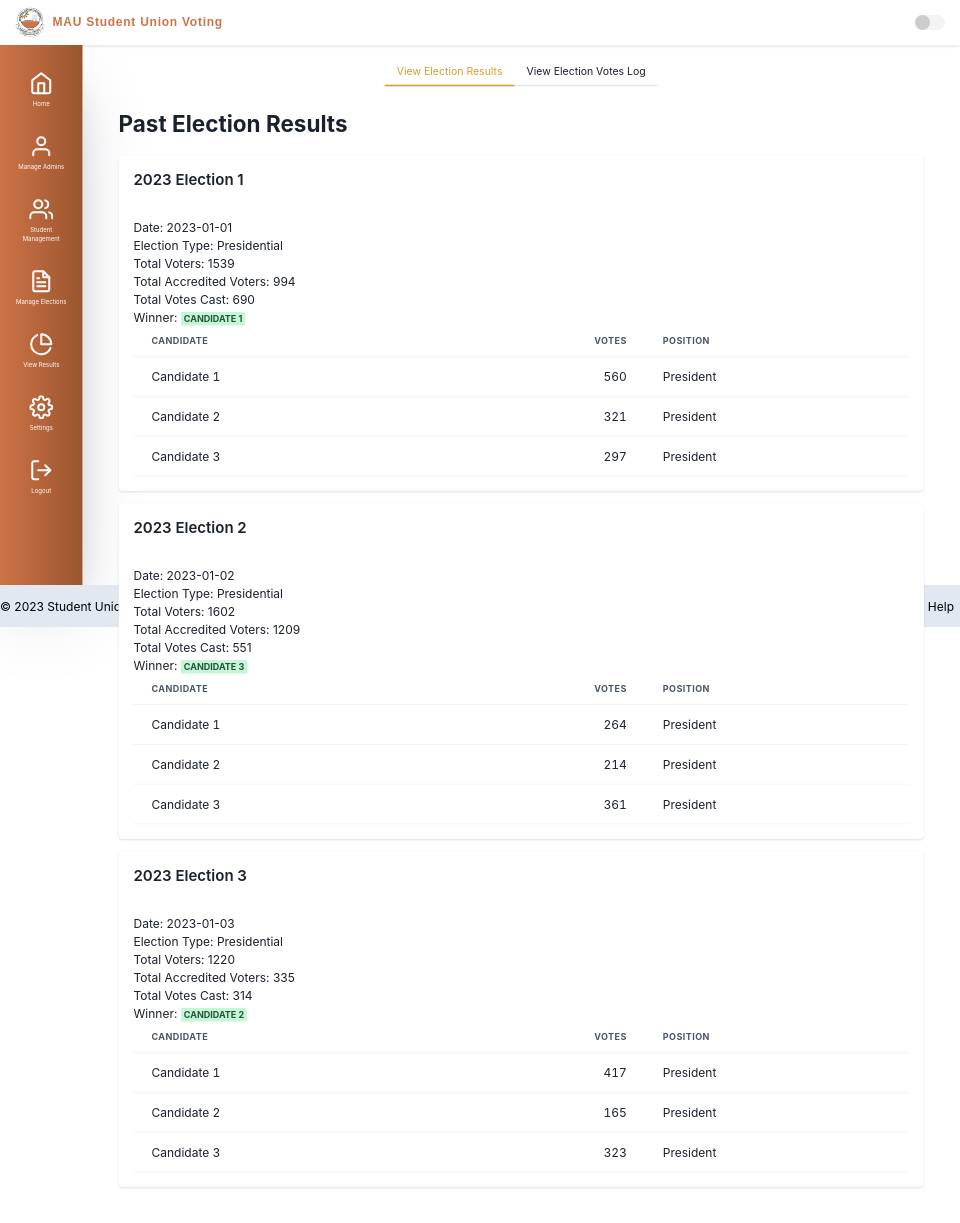
Repository: joena1o/e-vote
Page: /admin-dashboard/view-results
An editor plug-in stored every save of this project. The page is shown before and after the next save, followed by the edit.
The browser window is 1280 px wide. The pictures show the whole page, at 75% of full size.
The project was rebuilt for these pictures with package versions that can differ from the ones it lists, and the page was loaded fresh each time. Also part of the build but not shown: src/components/EnhancedLogin.js, src/components/maincontent/RegisterStudents/ManageStudents.js, src/components/maincontent/RegisterStudents/RegisterStudents.js, src/components/maincontent/RegisterStudents/StudentManagement.js, src/components/maincontent/ElectionResults/report.js, src/components/maincontent/Settings/Settings.js, src/api/index.js, src/components/maincontent/home/Home.styles.js and 21 more.

Above is the page before, as saved 2023-11-24 22:49:51.

### src/index.js
import React from 'react';
import ReactDOM from 'react-dom/client';
import './index.css';
import App from './App';
import reportWebVitals from './reportWebVitals';
import Modal from 'react-modal';

// Set the app element for the modal for accessibility purposes
Modal.setAppElement('#root');

const root = ReactDOM.createRoot(document.getElementById('root'));
root.render(
  <React.StrictMode>
    <App />
  </React.StrictMode>
);

// If you want to start measuring performance in your app, pass a function
// to log results (for example: reportWebVitals(console.log))
// or send to an analytics endpoint. Learn more: https://bit.ly/CRA-vitals
reportWebVitals();

### src/App.js
import React from 'react';
import { BrowserRouter as Router, Routes, Route, Navigate } from 'react-router-dom';
import EnhancedLogin from './components/EnhancedLogin';
import AdminDashboard from './components/AdminDashboard';
import StudentDashboard from './components/StudentDashboard';
import { ChakraProvider, ColorModeProvider, Button, useColorMode } from '@chakra-ui/react';
import { Provider } from 'react-redux';
import store from './Redux/store';
import ElectionCommitteeDashboard from './components/maincontent/ElectionCommitteeDashboard';


// Component to toggle dark mode
function DarkModeToggle() {
  const { colorMode, toggleColorMode } = useColorMode();
  return (
    <Button onClick={toggleColorMode} position="fixed" m={4} zIndex={10}>
      Toggle {colorMode === 'light' ? 'Dark' : 'Light'}
    </Button>
  );
}

function App() {
  // Check if the current route is not the "/login" route, then render the DarkModeToggle
  // const isLoginPage = window.location.pathname === '/login';

  return (
    <Provider store={store}>
      <ChakraProvider>
        <ColorModeProvider options={{ useSystemColorMode: true }}>
          <Router>
            <Routes>
              {/* Define your routes */}
              <Route path="/login" element={<EnhancedLogin />} />
              <Route path="/admin-dashboard/*" element={<AdminDashboard />} />
              <Route path="/ElectionCommittee-dashboard/*" element={<ElectionCommitteeDashboard />} />
              <Route path='/student-dashboard/*' element={<StudentDashboard />} />
              {/* Redirect root to /admin-dashboard */}
              <Route path="/" element={<Navigate to="/admin-dashboard" replace />} />
            </Routes>
          </Router>
          {/* Render DarkModeToggle only if not on the "/login" page */}
          {/* {!isLoginPage && <DarkModeToggle />} */}
        </ColorModeProvider>
      </ChakraProvider>
    </Provider>
  );
}

export default App;

### src/components/AdminDashboard.js
// AdminDashboard.js
import React from 'react';
import { Routes, Route } from 'react-router-dom';
import StudentManagement from './maincontent/RegisterStudents/StudentManagement';
import ViewResults from './maincontent/ElectionResults/ViewElectionResults';
import Settings from './maincontent/Settings/Settings';
import Home from './maincontent/home/Home';
import ManageAdmin from './maincontent/ManageAdmins/ManageAdmins';
import ManageElections from './maincontent/ManageElections/ManageElections';
import Sidebar from './Sidebar';
import Navbar from './Navbar';
import Footer from './Footer';// Import the Footer component
import styled from 'styled-components';

const Container = styled.div`
  display: flex;
  flex-direction: column;
  height: 100vh;
  width: 100%;
`;

const Content = styled.div`
  display: flex;
  flex: 1;
`;

const AdminDashboard = () => {
  return (
    <Container>
      <Navbar />
      <Content>
        <Sidebar />
        <Routes>
          <Route index element={<Home />} />
          <Route path="student-management" element={<StudentManagement />} />
          <Route path="view-results" element={<ViewResults />} />
          <Route path="settings" element={<Settings />} />
          <Route path="manage-admin" element={<ManageAdmin />} />
          <Route path="manage-elections" element={<ManageElections />} />
        </Routes>
      </Content>
      <Footer />
    </Container>
  );
};

export default AdminDashboard;

### src/Redux/store.js
import { configureStore } from '@reduxjs/toolkit';
import electionReducer from './electionSlice';
import studentsReducer from './studentsSlice';
import candidatesReducer from './CandidateSlice'; // Import the candidates reducer

const store = configureStore({
  reducer: {
    elections: electionReducer,
    students: studentsReducer,
    candidates: candidatesReducer, // Add the candidates reducer here
  },
});

export default store;

### src/components/maincontent/ElectionResults/ViewElectionResults.js
import React, { useState } from 'react';
import { Tabs, TabList, TabPanels, Tab, TabPanel, Box, Flex, Heading } from '@chakra-ui/react';
import ViewResults from './ViewResults';
import ElectionVotesLog from './report';

const ElectionDashboard = () => {
  const [activeTab, setActiveTab] = useState(0);

  const handleTabChange = (index) => {
    setActiveTab(index);
  };

  return (
    <Flex direction="column" align="center" w="100vw" h="100vh" p={4}>
      <Box w="100%" h="100%" maxW="full">
        <Tabs index={activeTab} onChange={handleTabChange} isLazy>
          <Flex justifyContent="center" w="100%">
            <TabList display="inline-flex">
              <Tab fontSize="sm" px={4} py={2} _selected={{ borderBottom: '2px solid', borderColor: 'yellow.500', color: 'yellow.500' }}>
                View Election Results
              </Tab>
              <Tab fontSize="sm" px={4} py={2} _selected={{ borderBottom: '2px solid', borderColor: 'yellow.500', color: 'yellow.500' }}>
                View Election Votes Log
              </Tab>
            </TabList>
          </Flex>
          <TabPanels>
            <TabPanel>
              <ViewResults />
            </TabPanel>
            <TabPanel>
              <ElectionVotesLog />
            </TabPanel>
          </TabPanels>
        </Tabs>
      </Box>
    </Flex>
  );
};

export default ElectionDashboard;

### src/components/Sidebar.js
import React from 'react';
import styled from 'styled-components';
import { Link } from 'react-router-dom';
import { FiHome, FiUser, FiUsers, FiFileText, FiSettings, FiLogOut, FiPieChart } from 'react-icons/fi';
import { useColorMode } from '@chakra-ui/react';

const SidebarContainer = styled.nav`
  background: ${props => (props.theme === 'dark' ? '#333' : 'linear-gradient(to right, #ce7348, #9a552e)')};
  padding: 15px;
  height: 100vh;
  color: #fff;
  box-shadow: rgba(50, 50, 93, 0.25) 0px 50px 100px -20px, rgba(0, 0, 0, 0.3) 0px 30px 60px -30px;
  display: flex;
  flex-direction: column;
`;

const LinkList = styled.ul`
  list-style-type: none;
  padding: 0;
  flex: 1;
`;

const StyledLink = styled(Link)`
  text-decoration: none;
  color: #fff;
  display: flex;
  flex-direction: column;
  align-items: center;
  transition: color 0.3s ease;
  margin-bottom: 15px;
  cursor: pointer;
  font-size: 0.5rem;

  &:hover {
    color: #fce364;
  }

  width: 80px;
  text-align: center;
  word-wrap: break-word;
  overflow-wrap: break-word;

  @media (max-width: 768px) {
    font-size: 0.4rem;
  }

  @media (max-width: 480px) {
    font-size: 0.3rem;
  }
`;

const LinkItem = styled.li`
  display: flex;
  align-items: center;
  margin-top: 20px;
`;

const Icon = styled.div`
  font-size: 2rem;
  color: #fff;

  @media (max-width: 768px) {
    font-size: 0.9rem;
  }

  @media (max-width: 480px) {
    font-size: 0.8rem;
  }

  margin-bottom: 5px;

  ${StyledLink}:hover & {
    color: #fce364;  // Change icon color when the link is hovered
  }
`;

function Sidebar() {
  const { colorMode } = useColorMode();

  return (
    <SidebarContainer theme={colorMode}>
      <LinkList>
        <LinkItem>
          <StyledLink to="/admin-dashboard">
            <Icon><FiHome /></Icon>
            Home
          </StyledLink>
        </LinkItem>
        <LinkItem>
          <StyledLink to="/admin-dashboard/manage-admin">
            <Icon><FiUser /></Icon>
            Manage Admins
          </StyledLink>
        </LinkItem>
        <LinkItem>
          <StyledLink to="/admin-dashboard/student-management">
            <Icon><FiUsers /></Icon>
            Student Management
          </StyledLink>
        </LinkItem>
        <LinkItem>
          <StyledLink to="/admin-dashboard/manage-elections">
            <Icon><FiFileText /></Icon>
            Manage Elections
          </StyledLink>
        </LinkItem>
        <LinkItem>
          <StyledLink to="/admin-dashboard/view-results">
            <Icon><FiPieChart /></Icon>
            View Results
          </StyledLink>
        </LinkItem>
        <LinkItem>
          <StyledLink to="/admin-dashboard/settings">
            <Icon><FiSettings /></Icon>
            Settings
          </StyledLink>
        </LinkItem>
        <LinkItem>
          <StyledLink to="/logout">
            <Icon><FiLogOut /></Icon>
            Logout
          </StyledLink>
        </LinkItem>
      </LinkList>
    </SidebarContainer>
  );
}

export default Sidebar;

### src/components/Navbar.js
import React from 'react';
import styled, { createGlobalStyle } from 'styled-components';
import logo from '../assets/school_logo.jpg';
import { useColorMode } from '@chakra-ui/react';

const GlobalStyle = createGlobalStyle`
  body {
    background-color: ${props => (props.theme === 'dark' ? '#333' : '#fff')};
    color: ${props => (props.theme === 'dark' ? '#fff' : '#000')}; // Set other component texts to black in light mode
  }
`;

const Header = styled.header`
  background: ${props => (props.theme === 'dark' ? '#333' : '#fff')};
  color: ${props => (props.theme === 'dark' ? '#fff' : '#ce7348')}; // Set navbar text to brown in light mode
  padding: 10px 20px;
  display: flex;
  align-items: center;
  justify-content: flex-start;
  box-shadow: 0px 2px 4px rgba(0, 0, 0, 0.1);
  font-family: 'Poppins', sans-serif;
`;


const Logo = styled.img`
  width: 40px;
  height: 40px;
  border-radius: 20px;
  margin-right: 10px;
`;

const Title = styled.h1`
  margin: 0;
  padding: 0;
  font-size: 1rem;
  font-weight: 600;
  letter-spacing: 1px;
`;

const ToggleSlider = styled.label`
  display: flex;
  align-items: center;
  cursor: pointer;
  margin-left: auto;
`;

const SliderInput = styled.input.attrs({ type: 'checkbox' })`
  display: none;
`;

const Slider = styled.div`
  width: 40px;
  height: 20px;
  background-color: ${props => (props.theme === 'dark' ? '#333' : '#f4f4f4')};
  border-radius: 20px;
  position: relative;
  transition: background-color 0.3s ease;
  cursor: pointer;

  &::after {
    content: '';
    width: 20px;
    height: 20px;
    border-radius: 50%;
    background-color: ${props => (props.theme === 'dark' ? '#fff' : '#ccc')};
    position: absolute;
    top: 50%;
    transform: translateY(-50%);
    left: ${props => (props.theme === 'dark' ? '20px' : '0')};
    transition: left 0.3s ease;
  }
`;

function Navbar() {
  const { colorMode, toggleColorMode } = useColorMode();

  return (
    <>
      <GlobalStyle theme={colorMode} />
      <Header theme={colorMode}>
        <Logo src={logo} alt="University Logo" />
        <Title>MAU Student Union Voting</Title>
        <ToggleSlider>
          <SliderInput type="checkbox" onChange={toggleColorMode} />
          <Slider theme={colorMode} />
        </ToggleSlider>
      </Header>
    </>
  );
}

export default Navbar;

### src/components/Footer.js
import React from 'react';
import { Box, Flex, Text, Link } from '@chakra-ui/react';

const Footer = ({ colorMode }) => {
  const handleDownloadDocumentation = () => {

    const pdfUrl = '/path/to/your/documentation.pdf';

    //  anchor element that triggers  download
    const link = document.createElement('a');
    link.href = pdfUrl;
    link.download = 'documentation.pdf';
    link.click();
  };

    return (
      <Box as="footer" mt="auto" py={4} bg={colorMode === 'dark' ? 'gray.800' : 'gray.200'} color={colorMode === 'dark' ? 'white' : 'black'}>
        <Flex justify="space-between" align="center">
          <Text>&copy; 2023 Student Union Voting System</Text>
          <Flex>
            <Link mx={2} href="#about">
              About
            </Link>
            <Link mx={2} href="#contact">
              Contact
            </Link>
            <Link mx={2} href="#privacy">
              Privacy Policy
            </Link>
            <Link mx={2} onClick={handleDownloadDocumentation}>
              Help
            </Link>
          </Flex>
        </Flex>
      </Box>
    );
  };

  export default Footer;

### src/Redux/electionSlice.js
/*import { createSlice, createAsyncThunk } from '@reduxjs/toolkit';
import { API, graphqlOperation } from 'aws-amplify';
import { createElection as createElectionAPI } from '../graphql/mutations';

export const createElection = createAsyncThunk(
  'elections/createElection',
  async (election, { rejectWithValue }) => {
    try {
      const result = await API.graphql(graphqlOperation(createElectionAPI, { input: election }));
      return result.data.createElection;
    } catch (error) {
      return rejectWithValue(error);
    }
  }
);

const electionSlice = createSlice({
  name: 'elections',
  initialState: [],
  reducers: {},
  extraReducers: (builder) => {
    builder.addCase(createElection.fulfilled, (state, action) => {
      state.push(action.payload);
    });
  },
});

export default electionSlice.reducer;
*/

### src/Redux/studentsSlice.js
import { createSlice } from '@reduxjs/toolkit';

export const studentsSlice = createSlice({
  name: 'students',
  initialState: [],
  reducers: {
    addStudents: (state, action) => {
      // Add students to the Redux store
      action.payload.forEach(student => {
        state.push(student);
      });
    },
  },
});

export const { addStudents } = studentsSlice.actions;

export default studentsSlice.reducer;

### src/Redux/CandidateSlice.js

import { createSlice } from '@reduxjs/toolkit';

export const candidatesSlice = createSlice({
  name: 'candidates',
  initialState: [],
  reducers: {
    setCandidates: (state, action) => {
      return action.payload;
    },
  },
});

export const { setCandidates } = candidatesSlice.actions;
export default candidatesSlice.reducer;

### src/components/maincontent/ElectionResults/ViewResults.js
import React, { useState } from 'react';
import {
  Box,
  VStack,
  Heading,
  Text,
  useColorModeValue,
  Table,
  Thead,
  Tbody,
  Tr,
  Th,
  Td,
  Badge,
  Card,
  CardHeader,
  CardBody,
  CardFooter,
} from '@chakra-ui/react';

const ViewResults = () => {
  const colorModeValue = useColorModeValue('gray.200', 'gray.600');

  // Function to generate mock data
  const generateMockData = () => {
    const mockData = [];

    for (let i = 1; i <= 3; i++) {
      const election = {
        id: i,
        electionName: `2023 Election ${i}`,
        date: `2023-01-${i < 10 ? `0${i}` : i}`,
        electionType: 'Presidential',
        totalVoters: Math.floor(Math.random() * 1500) + 500,
        totalAccreditedVoters: Math.floor(Math.random() * 1200) + 300,
        totalVotesCast: Math.floor(Math.random() * 1000) + 200,
        candidates: [],
      };

      for (let j = 1; j <= 3; j++) {
        election.candidates.push({
          name: `Candidate ${j}`,
          votes: Math.floor(Math.random() * 500) + 100,
          position: 'President',
        });
      }

      const winnerIndex = Math.floor(Math.random() * 3);
      election.winner = election.candidates[winnerIndex].name;

      mockData.push(election);
    }

    return mockData;
  };

  const [pastElectionResults] = useState(generateMockData());

  return (
    <Box p={4}>
      <Heading size="lg" mb={6}>
        Past Election Results
      </Heading>
      {pastElectionResults.map((election) => (
        <Card key={election.id} mb={4}>
          <CardHeader>
            <Heading fontSize="xl" fontWeight="semibold">
              {election.electionName}
            </Heading>
          </CardHeader>
          <CardBody>
            <Text>Date: {election.date}</Text>
            <Text>Election Type: {election.electionType}</Text>
            <Text>Total Voters: {election.totalVoters}</Text>
            <Text>Total Accredited Voters: {election.totalAccreditedVoters}</Text>
            <Text>Total Votes Cast: {election.totalVotesCast}</Text>
            <Text>
              Winner: <Badge colorScheme="green">{election.winner}</Badge>
            </Text>
            <Table variant="simple">
              <Thead>
                <Tr>
                  <Th>Candidate</Th>
                  <Th isNumeric>Votes</Th>
                  <Th>Position</Th>
                </Tr>
              </Thead>
              <Tbody>
                {election.candidates.map((candidate) => (
                  <Tr key={candidate.name}>
                    <Td>{candidate.name}</Td>
                    <Td isNumeric>{candidate.votes}</Td>
                    <Td>{candidate.position}</Td>
                  </Tr>
                ))}
              </Tbody>
            </Table>
          </CardBody>
        </Card>
      ))}
    </Box>
  );
};

export default ViewResults;

Loaded but not shown: public/index.html (common file); src/index.css (common file); src/reportWebVitals.js (common file)

After the next save:
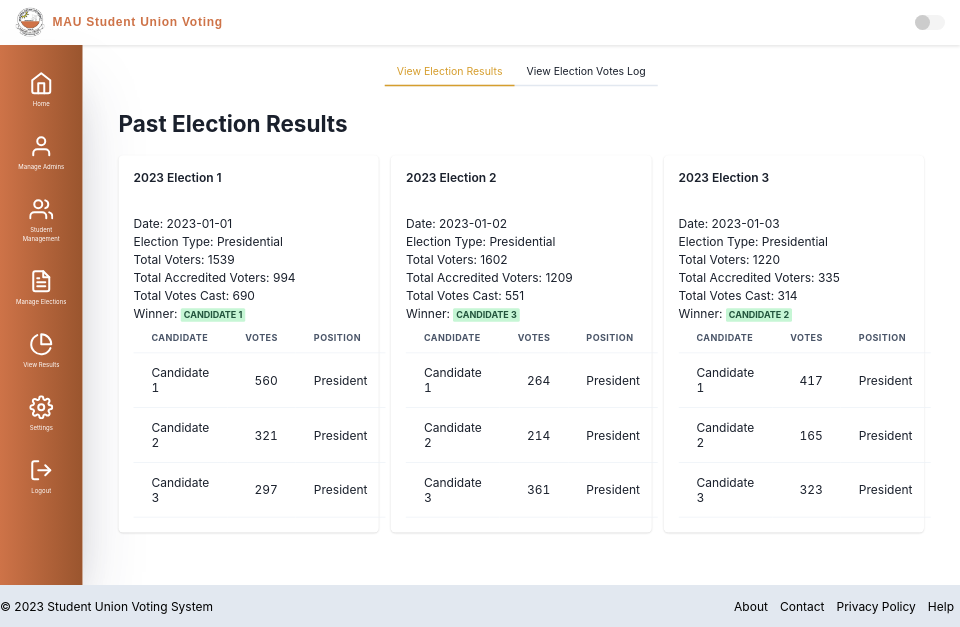
Saved 4 min 44 s later.
--- a/src/components/maincontent/ElectionResults/ViewResults.js
+++ b/src/components/maincontent/ElectionResults/ViewResults.js
@@ -1,7 +1,6 @@
 import React, { useState } from 'react';
 import {
   Box,
-  VStack,
   Heading,
   Text,
   useColorModeValue,
@@ -12,10 +11,12 @@ import {
   Th,
   Td,
   Badge,
+  Flex,
+  Wrap,
+  WrapItem,
   Card,
   CardHeader,
   CardBody,
-  CardFooter,
 } from '@chakra-ui/react';
 
 const ViewResults = () => {
@@ -61,43 +62,47 @@ const ViewResults = () => {
       <Heading size="lg" mb={6}>
         Past Election Results
       </Heading>
-      {pastElectionResults.map((election) => (
-        <Card key={election.id} mb={4}>
-          <CardHeader>
-            <Heading fontSize="xl" fontWeight="semibold">
-              {election.electionName}
-            </Heading>
-          </CardHeader>
-          <CardBody>
-            <Text>Date: {election.date}</Text>
-            <Text>Election Type: {election.electionType}</Text>
-            <Text>Total Voters: {election.totalVoters}</Text>
-            <Text>Total Accredited Voters: {election.totalAccreditedVoters}</Text>
-            <Text>Total Votes Cast: {election.totalVotesCast}</Text>
-            <Text>
-              Winner: <Badge colorScheme="green">{election.winner}</Badge>
-            </Text>
-            <Table variant="simple">
-              <Thead>
-                <Tr>
-                  <Th>Candidate</Th>
-                  <Th isNumeric>Votes</Th>
-                  <Th>Position</Th>
-                </Tr>
-              </Thead>
-              <Tbody>
-                {election.candidates.map((candidate) => (
-                  <Tr key={candidate.name}>
-                    <Td>{candidate.name}</Td>
-                    <Td isNumeric>{candidate.votes}</Td>
-                    <Td>{candidate.position}</Td>
-                  </Tr>
-                ))}
-              </Tbody>
-            </Table>
-          </CardBody>
-        </Card>
-      ))}
+      <Wrap spacing={4}>
+        {pastElectionResults.map((election) => (
+          <WrapItem key={election.id} flex="1" minW="250px">
+            <Card>
+              <CardHeader>
+                <Heading fontSize="md" fontWeight="semibold">
+                  {election.electionName}
+                </Heading>
+              </CardHeader>
+              <CardBody>
+                <Text>Date: {election.date}</Text>
+                <Text>Election Type: {election.electionType}</Text>
+                <Text>Total Voters: {election.totalVoters}</Text>
+                <Text>Total Accredited Voters: {election.totalAccreditedVoters}</Text>
+                <Text>Total Votes Cast: {election.totalVotesCast}</Text>
+                <Text>
+                  Winner: <Badge colorScheme="green">{election.winner}</Badge>
+                </Text>
+                <Table variant="simple">
+                  <Thead>
+                    <Tr>
+                      <Th>Candidate</Th>
+                      <Th isNumeric>Votes</Th>
+                      <Th>Position</Th>
+                    </Tr>
+                  </Thead>
+                  <Tbody>
+                    {election.candidates.map((candidate) => (
+                      <Tr key={candidate.name}>
+                        <Td>{candidate.name}</Td>
+                        <Td isNumeric>{candidate.votes}</Td>
+                        <Td>{candidate.position}</Td>
+                      </Tr>
+                    ))}
+                  </Tbody>
+                </Table>
+              </CardBody>
+            </Card>
+          </WrapItem>
+        ))}
+      </Wrap>
     </Box>
   );
 };
